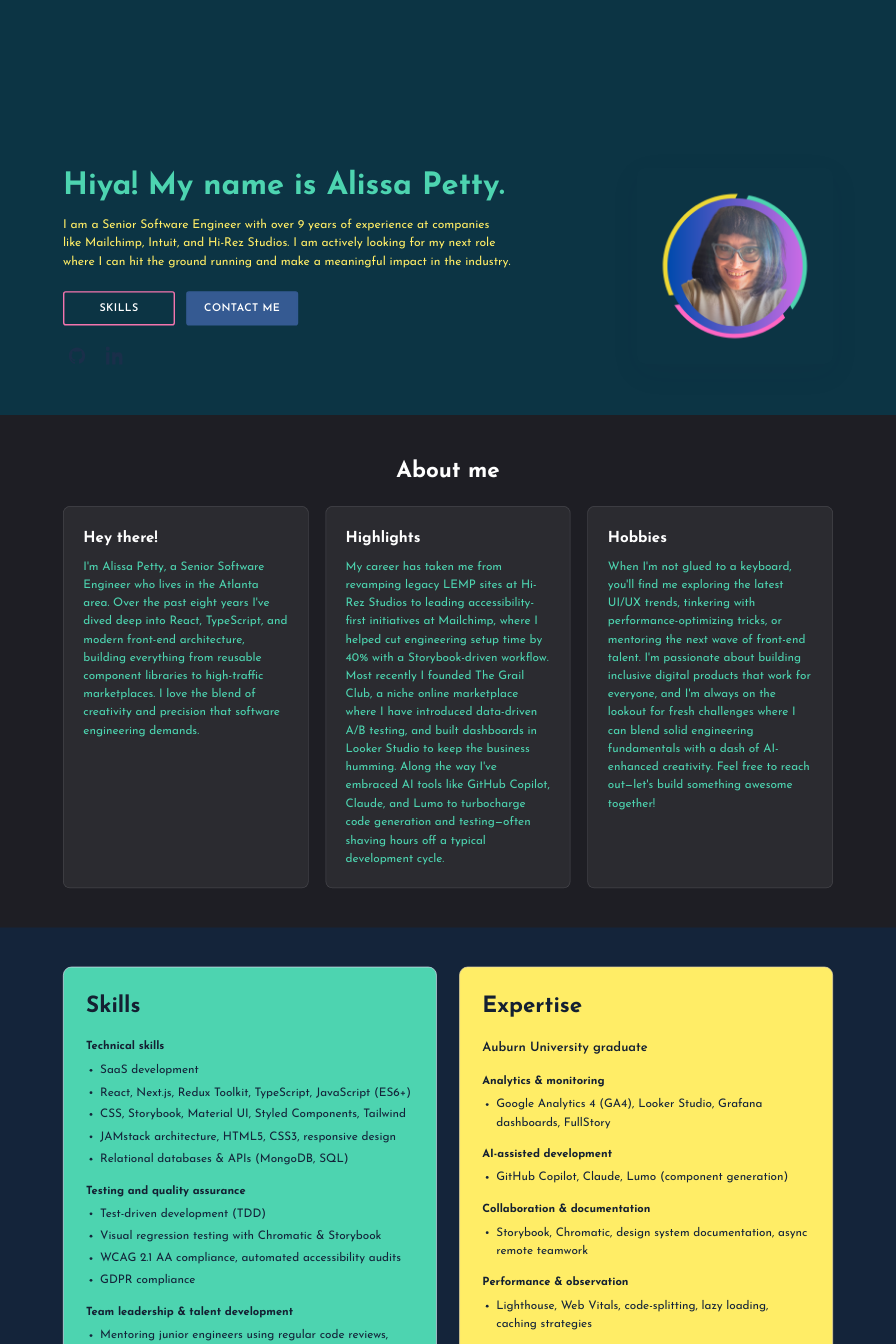
Repository: AlissaSPetty/alissa-petty-com
Page: /
These files come from the project's save history. The page is drawn as it stood at one moment and after the next save; the edit follows.
The browser window is 1280 px wide. The pictures show the part of the page from y = 0 to 1920 px (the page is 3726 px tall), at 70% of full size.
The pointer rests on the first visible `.btn-primary`.
The project was rebuilt for these pictures with package versions that can differ from the ones it lists, and the page was loaded fresh each time. Also part of the build but not shown: vite.config.ts, src/legal.css, src/pages/LegalPage.tsx.

Above is the page before, as saved 2026-05-03 18:18:04.

### index.html
<!doctype html>
<html lang="en">
  <head>
    <meta charset="UTF-8" />
    <link rel="icon" type="image/svg+xml" href="/favicon.svg" />
    <meta name="viewport" content="width=device-width, initial-scale=1.0" />
    <meta
      name="description"
      content="Alissa Petty — Senior Software Engineer. React, TypeScript, and modern web development. Atlanta area."
    />
    <meta
      name="keywords"
      content="Software Engineer, Web Developer, React, JavaScript, CV, Alissa Petty, Atlanta"
    />
    <title>Alissa Petty — Senior Software Engineer</title>
  </head>
  <body>
    <div id="root"></div>
    <script type="module" src="/src/main.tsx"></script>
  </body>
</html>

### src/index.css
@import url("https://fonts.googleapis.com/css2?family=Josefin+Sans:ital,wght@0,300;0,400;0,500;0,600;0,700;1,400&display=swap");

:root {
  --font-body: "Josefin Sans", system-ui, sans-serif;
  --bg: #1e1e24;
  --bg-muted: #4dd4b0;
  --white: #ffffff;
  --navy: #1a2f4a;
  --navy-deep: #14243a;
  --primary: #f374ae;
  --primary-hover: #355a92;
  --accent-footer: #ffed66;
  --footer-text: #1e1e24;
  --yellow: #ffed66;
  --heading: #142032;
  --text: #3d4a5c;
  --text-on-dark: #4dd4b0;
  --link: #4dd4b0;
  --border: #d5deeb;
  --shadow: 0 12px 40px rgba(20, 36, 58, 0.08);
}

*,
*::before,
*::after {
  box-sizing: border-box;
}

html {
  scroll-behavior: smooth;
}

body {
  margin: 0;
  font-family: var(--font-body);
  font-size: 1.05rem;
  line-height: 1.55;
  color: var(--text-on-dark);
  background: var(--bg);
  color: var(--text-on-dark);
}

#root {
  min-height: 100vh;
}

.visually-hidden {
  position: absolute;
  width: 1px;
  height: 1px;
  padding: 0;
  margin: -1px;
  overflow: hidden;
  clip: rect(0, 0, 0, 0);
  white-space: nowrap;
  border: 0;
}

.skip-link {
  position: absolute;
  left: -9999px;
  top: 0.75rem;
  z-index: 100;
  padding: 0.5rem 1rem;
  background: var(--navy);
  color: var(--text-on-dark);
  font-weight: 600;
  text-decoration: none;
  border-radius: 4px;
}

.skip-link:focus {
  left: 0.75rem;
}

a {
  color: var(--link);
}

.container {
  width: min(1100px, 100% - 2rem);
  margin-inline: auto;
}

/* Hero */
.hero {
  background: #0c3444;
  padding: 15rem 0 4rem;
  @media (max-width: 1200px) {
    padding: 5rem 0 4rem;
  }
}

.hero-inner {
  width: min(1100px, 100% - 2rem);
  margin-inline: auto;
  display: flex;
  flex-wrap: wrap;
  align-items: center;
  gap: 2.5rem;
  justify-content: space-between;
}

.hero-copy {
  flex: 1 1 320px;
  max-width: 640px;
}

.hero-copy h1 {
  margin: 0 0 1rem;
  font-size: clamp(1.85rem, 4vw, 2.75rem);
  font-weight: 700;
  color: (--text-on-dark);
  line-height: 1.15;
}

.lead {
  margin: 0 0 1.75rem;
  font-size: 1.08rem;
  color: var(--yellow);
}

.hero-actions {
  display: flex;
  flex-wrap: wrap;
  gap: 1rem;
  margin-bottom: 1.5rem;
}

.btn {
  display: inline-flex;
  align-items: center;
  justify-content: center;
  min-width: 10rem;
  padding: 0.65rem 1.35rem;
  font-family: inherit;
  font-size: 0.95rem;
  font-weight: 600;
  letter-spacing: 0.04em;
  text-transform: uppercase;
  text-decoration: none;
  border-radius: 4px;
  border: 2px solid transparent;
  cursor: pointer;
  transition:
    background 0.2s,
    color 0.2s,
    border-color 0.2s;
}

.btn:focus-visible {
  outline: 3px solid #f4d35e;
  outline-offset: 2px;
}

.btn-primary {
  background: var(--primary);
  color: #fff;
  border-color: var(--primary);
}

.btn-primary:hover {
  background: var(--primary-hover);
  border-color: var(--primary-hover);
}

.btn-outline {
  background: transparent;
  color: #fff;
  border-color: var(--primary);
}

.btn-outline:hover {
  background: rgba(42, 74, 122, 0.08);
}

.btn-block {
  width: 100%;
  min-width: unset;
}

.hero-social {
  display: flex;
  gap: 1rem;
}

.hero-social a {
  display: flex;
  color: var(--navy);
  padding: 0.35rem;
  border-radius: 6px;
}

.hero-social a:hover {
  background: rgba(26, 47, 74, 0.08);
}

.social-svg {
  width: 28px;
  height: 28px;
}

.hero-photo {
  margin: 0;
  flex: 0 1 280px;
  text-align: center;
}

.hero-photo img {
  width: min(50vw, 280px);
  max-width: 100%;
  height: auto;
  border-radius: 12px;
  box-shadow: var(--shadow);
  object-fit: cover;
  aspect-ratio: 1;
}

@media (max-width: 768px) {
  .hero-inner {
    flex-direction: column-reverse;
    text-align: center;
  }

  .hero-actions {
    justify-content: center;
  }

  .hero-social {
    justify-content: center;
  }

  .btn {
    width: 100%;
    min-width: unset;
  }
}

/* Sections */
.section {
  padding: 3.5rem 0;
}

.section--dark {
  background: var(--bg);
  color: var(--text-on-dark);
}

.section--muted {
  background: var(--bg-muted);
  color: var(--text-on-dark);
}

.section--skills {
  background: var(--navy-deep);
  color: var(--text-on-dark);
}

.section--cta {
  background: linear-gradient(180deg, var(--primary) 0%, var(--navy) 100%);
  color: var(--text-on-dark);
}

.section-title {
  margin: 0 0 1.5rem;
  font-size: clamp(1.5rem, 3vw, 2rem);
  font-weight: 700;
  text-align: center;
  color: var(--heading);
}

.section-title--on-dark,
.section-title--on-primary {
  color: #fff;
}

.about-grid {
  display: grid;
  grid-template-columns: repeat(3, 1fr);
  gap: 1.5rem;
}

@media (max-width: 900px) {
  .about-grid {
    grid-template-columns: 1fr;
  }
}

.card {
  background: var(--white);
  border-radius: 10px;
  padding: 1.75rem;
  box-shadow: var(--shadow);
}

.card--about {
  background: rgba(255, 255, 255, 0.06);
  border: 1px solid rgba(255, 255, 255, 0.12);
  color: var(--text-on-dark);
  box-shadow: none;
}

.card--about h3 {
  margin: 0 0 0.75rem;
  font-size: 1.35rem;
  color: #fff;
}

.card--about p {
  margin: 0;
}

.skills-layout {
  display: grid;
  grid-template-columns: 1fr 1fr;
  gap: 2rem;
  align-items: start;
}

@media (max-width: 900px) {
  .skills-layout {
    grid-template-columns: 1fr;
  }
}

.skills-panel {
  background: var(--bg-muted);
  border: 1px solid var(--border);
  border-radius: 12px;
  padding: 2rem;
  color: var(--navy-deep);
}

.skills-panel--accent {
  background: var(--yellow);
  border-color: #e8d9a8;
}

.skills-panel h2 {
  text-align: left;
  margin-bottom: 1.25rem;
}

.skills-panel h4 {
  margin: 1.25rem 0 0.5rem;
  font-size: 1rem;
  font-weight: 700;
  color: var(--heading);
  text-transform: none;
}

.skills-panel ul {
  margin: 0;
  padding-left: 1.25rem;
}

.skills-panel li {
  margin-bottom: 0.35rem;
}

.degree {
  margin: 0 0 1rem;
  font-size: 1.15rem;
  font-weight: 600;
  color: var(--heading);
}

.work-grid {
  display: grid;
  grid-template-columns: repeat(3, 1fr);
  gap: 1.25rem;
}

@media (max-width: 900px) {
  .work-grid {
    grid-template-columns: 1fr;
  }
}

.work-grid figure {
  margin: 0;
  background: var(--white);
  border-radius: 10px;
  overflow: hidden;
  border: 1px solid var(--border);
  box-shadow: var(--shadow);
}

.work-grid img {
  display: block;
  width: 100%;
  height: auto;
  aspect-ratio: 16 / 9;
  object-fit: cover;
}

.work-grid figcaption {
  padding: 0.85rem 1rem;
  font-weight: 600;
  text-align: center;
  color: var(--heading);
  font-size: 0.95rem;
}

#work-heading {
  color: var(--text-on-dark);
}

.pub-grid {
  display: grid;
  grid-template-columns: 1fr 1fr;
  gap: 2rem;
}

@media (max-width: 768px) {
  .pub-grid {
    grid-template-columns: 1fr;
  }
}

.pub-card {
  background: var(--white);
  border-radius: 12px;
  padding: 2rem;
  border: 1px solid var(--border);
  text-align: center;
  box-shadow: var(--shadow);
}

.pub-card h3 {
  margin: 0 0 1rem;
  font-size: 1.15rem;
  font-weight: 600;
  color: var(--heading);
  line-height: 1.35;
}

.pub-logo {
  display: block;
  margin: 0 auto 1.25rem;
  max-width: 100%;
  height: auto;
}

.cta-lead {
  text-align: center;
  max-width: 640px;
  margin: 0 auto 2.5rem;
  font-size: 1.05rem;
  opacity: 0.95;
}

.services-grid {
  display: grid;
  grid-template-columns: repeat(3, 1fr);
  gap: 1.5rem;
}

@media (max-width: 900px) {
  .services-grid {
    grid-template-columns: 1fr;
  }
}

.card--service {
  background: rgba(255, 255, 255, 0.08);
  border: 1px solid rgba(255, 255, 255, 0.2);
  color: var(--text-on-dark);
  box-shadow: none;
}

.card--service h3 {
  margin: 0 0 0.75rem;
  color: #fff;
  font-size: 1.25rem;
}

.card--service p {
  margin: 0;
}

/* Footer */
.site-footer {
  background: var(--accent-footer);
  color: var(--footer-text);
  padding: 3rem 0;
  text-align: center;
}

.footer-inner {
  display: flex;
  flex-direction: column;
  align-items: center;
  gap: 1rem;
}

.footer-name {
  margin: 0;
  font-size: clamp(1.75rem, 4vw, 2.5rem);
  font-weight: 700;
  color: var(--footer-text);
}

.footer-social {
  display: flex;
  gap: 1rem;
}

.footer-social a {
  color: var(--footer-text);
  padding: 0.35rem;
  border-radius: 6px;
}

.footer-social a:hover {
  background: rgba(26, 35, 50, 0.1);
}

.social-svg--footer {
  width: 32px;
  height: 32px;
}

.footer-copy,
.footer-legal {
  margin: 0;
  font-size: 0.95rem;
}

.footer-legal a {
  color: var(--footer-text);
  font-weight: 600;
  text-decoration: none;
}

.footer-legal a:hover {
  text-decoration: underline;
}

### src/App.tsx
import { Route, Routes } from 'react-router-dom'
import { Home } from './pages/Home'
import { LegalPage } from './pages/LegalPage'

export default function App() {
  return (
    <Routes>
      <Route path="/" element={<Home />} />
      <Route
        path="/privacy"
        element={
          <LegalPage title="Privacy policy">
            <p>
              This is a placeholder privacy policy for the rebuilt portfolio site.
              Replace this text with your real policy before publishing.
            </p>
            <p>
              If you have questions, contact{' '}
              <a href="mailto:alissa@petty.io">alissa@petty.io</a>.
            </p>
          </LegalPage>
        }
      />
      <Route
        path="/legal-notice"
        element={
          <LegalPage title="Legal notice">
            <p>
              This is a placeholder legal notice / imprint for the rebuilt portfolio
              site. Replace with jurisdiction-appropriate legal text before publishing.
            </p>
            <p>
              Contact: <a href="mailto:alissa@petty.io">alissa@petty.io</a>
            </p>
          </LegalPage>
        }
      />
    </Routes>
  )
}

### src/components/Icons.tsx
export function IconGitHub({ className }: { className?: string }) {
  return (
    <svg
      className={className}
      xmlns="http://www.w3.org/2000/svg"
      viewBox="0 0 24 24"
      aria-hidden
      focusable="false"
    >
      <path
        fill="currentColor"
        d="M12 2C6.48 2 2 6.58 2 12.26c0 4.52 2.87 8.35 6.84 9.69.5.1.68-.22.68-.48 0-.24-.01-.87-.01-1.7-2.78.62-3.37-1.37-3.37-1.37-.45-1.18-1.1-1.5-1.1-1.5-.9-.63.07-.62.07-.62 1 .07 1.53 1.05 1.53 1.05.89 1.56 2.34 1.11 2.91.85.09-.67.35-1.11.63-1.37-2.22-.26-4.56-1.14-4.56-5.07 0-1.12.39-2.03 1.03-2.75-.1-.26-.45-1.3.1-2.71 0 0 .84-.28 2.75 1.05A9.38 9.38 0 0 1 12 6.84c.85.004 1.71.12 2.51.35 1.91-1.33 2.75-1.05 2.75-1.05.55 1.41.2 2.45.1 2.71.64.72 1.03 1.63 1.03 2.75 0 3.94-2.34 4.81-4.57 5.06.36.32.68.94.68 1.9 0 1.37-.01 2.47-.01 2.8 0 .27.18.59.69.48A10.01 10.01 0 0 0 22 12.26C22 6.58 17.52 2 12 2Z"
      />
    </svg>
  )
}

export function IconLinkedIn({ className }: { className?: string }) {
  return (
    <svg
      className={className}
      xmlns="http://www.w3.org/2000/svg"
      viewBox="0 0 24 24"
      aria-hidden
      focusable="false"
    >
      <path
        fill="currentColor"
        d="M4.98 3.5C4.98 4.88 3.86 6 2.5 6S0 4.88 0 3.5 1.12 1 2.5 1s2.48 1.12 2.48 2.5ZM.5 8h4V23H.5V8Zm7.5 0h3.84v2.05h.05c.53-1 1.84-2.05 3.79-2.05 4.05 0 4.8 2.67 4.8 6.13V23h-4v-6.35c0-1.52-.03-3.48-2.12-3.48-2.12 0-2.44 1.65-2.44 3.36V23h-4V8Z"
      />
    </svg>
  )
}

Loaded but not shown: src/main.tsx (common file); src/pages/Home.tsx (308 lines, source omitted)

After the next save:
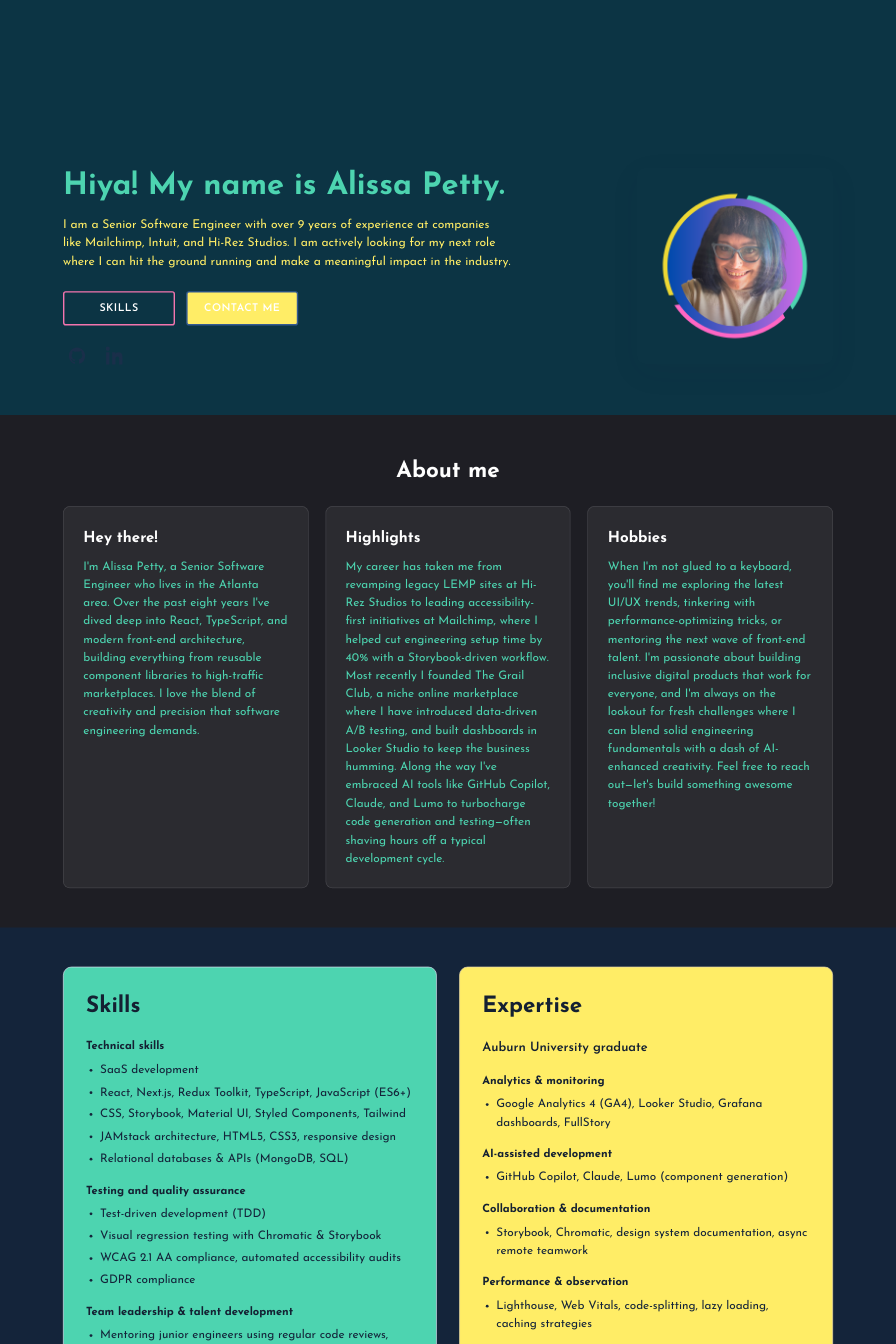
Saved 36 s later.
--- a/src/index.css
+++ b/src/index.css
@@ -160,7 +160,7 @@
 }
 
 .btn-primary:hover {
-  background: var(--primary-hover);
+  background: var(--yellow);
   border-color: var(--primary-hover);
 }
 
